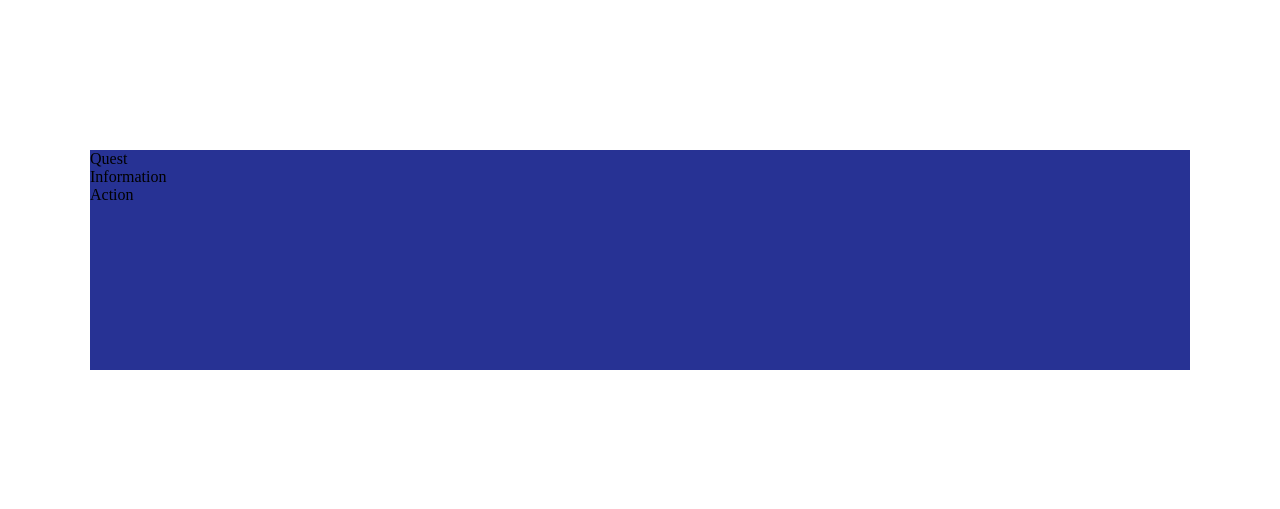
Repository: rahulnag7963/UBCHacks4.0
Page: /
These files come from the project's save history. The page is drawn as it stood at one moment and after the next save; the edit follows.
The browser window is 1280 px wide. The pictures show the whole page.
The project was rebuilt for these pictures with package versions that can differ from the ones it lists, and the page was loaded fresh each time.

Above is the page before, as saved 2022-11-26 02:34:25.

After the next save:
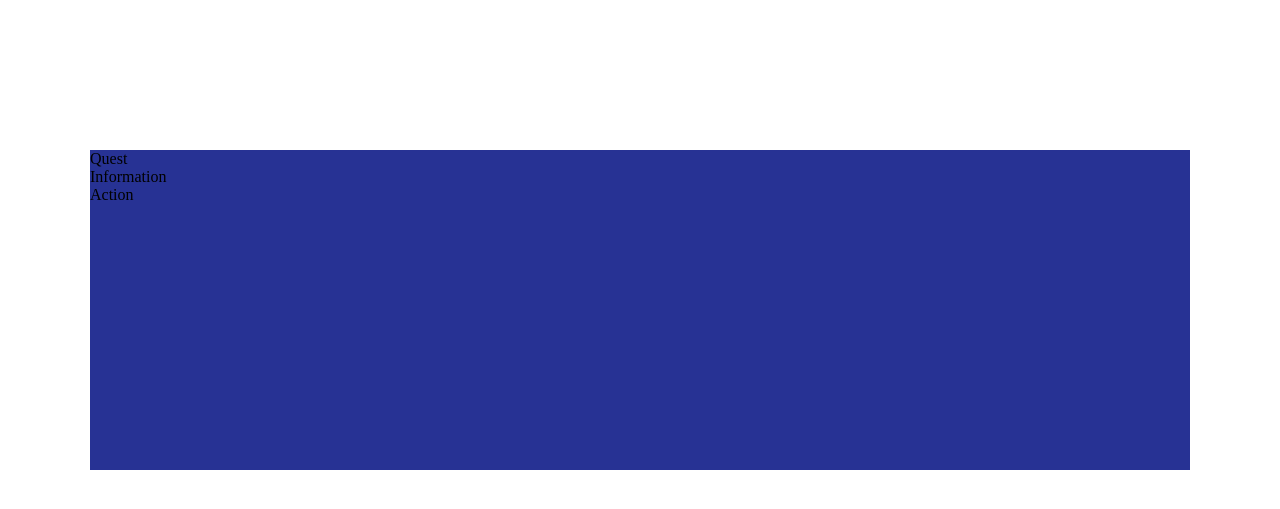
Saved 16 s later.
--- a/src/app.css
+++ b/src/app.css
@@ -1,5 +1,5 @@
 .app {
-    height: 220px;
+    height: 320px;
     width: 1100px;
     background-color: rgb(39, 50, 148);
     margin-left: auto;
